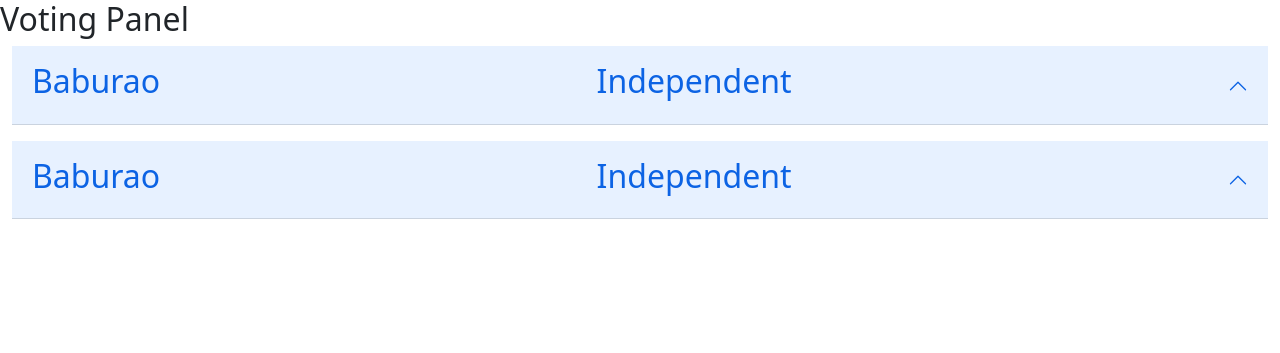
Repository: DavidManiIbrahim/Voting-app
Page: panel.html
An editor plug-in stored every save of this project. The page is shown before and after the next save, followed by the edit.
The browser window is 1280 px wide. The pictures show the whole page.

Above is the page before, as saved 2025-01-20 05:32:15.

After the next save:
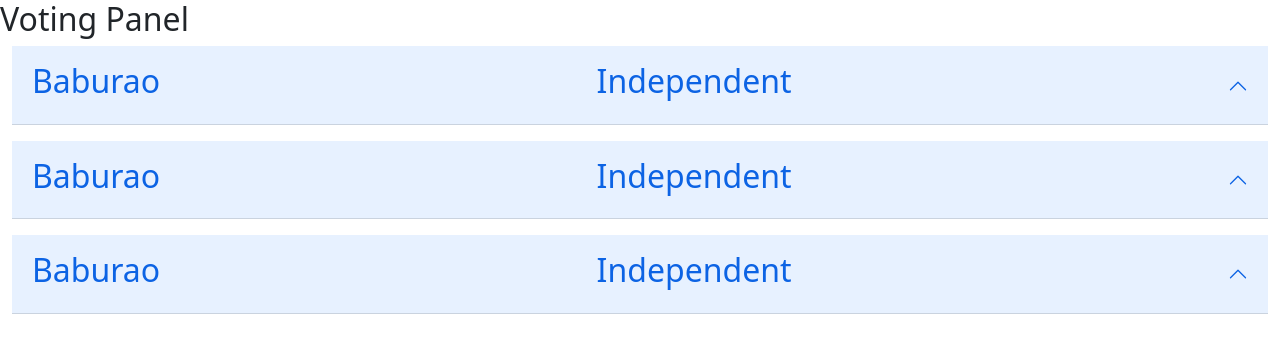
Saved 17 s later.
--- a/panel.html
+++ b/panel.html
@@ -42,6 +42,21 @@
         <li>Party</li>
         <li>Education</li>
     </ul>
+</p>    <button class="accordion-button" data-bs-toggle="collapse"
+data-bs-target="#accord">
+    <h2 class="accor">Baburao</h2>
+    <img src="" alt="">
+
+    <h2 class="ms-auto">Independent</h2>
+    <img src="" alt="">
+</button>
+<p >
+<ul class="collapse list-unstyled" id="accord">
+<li>Name</li>
+<li>Age</li>
+<li>Party</li>
+<li>Education</li>
+</ul>
 </p>
     </div>
 
